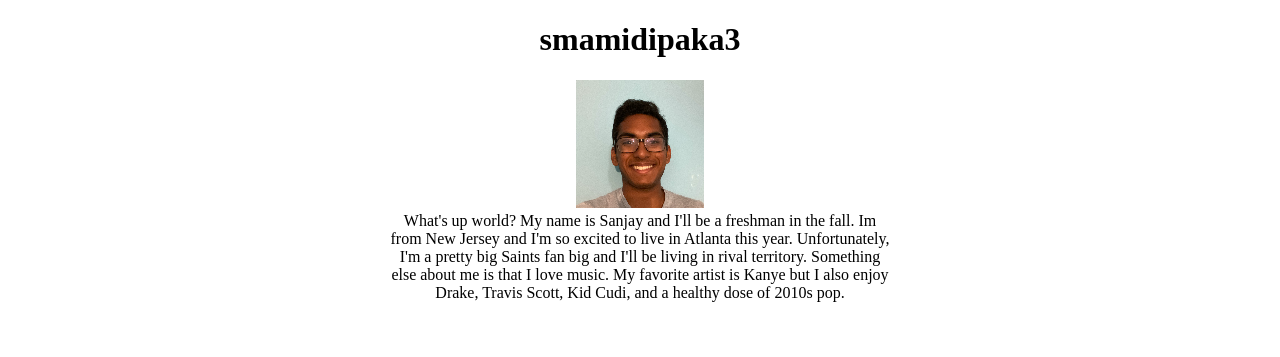
Repository: sanjayMamidipaka/cs1301
Page: lab01/index.html
These files come from the project's save history. The page is drawn as it stood at one moment and after the next save; the edit follows.
The browser window is 1280 px wide. The pictures show the whole page.

Above is the page before, as saved 2021-07-22 16:01:53.

After the next save:
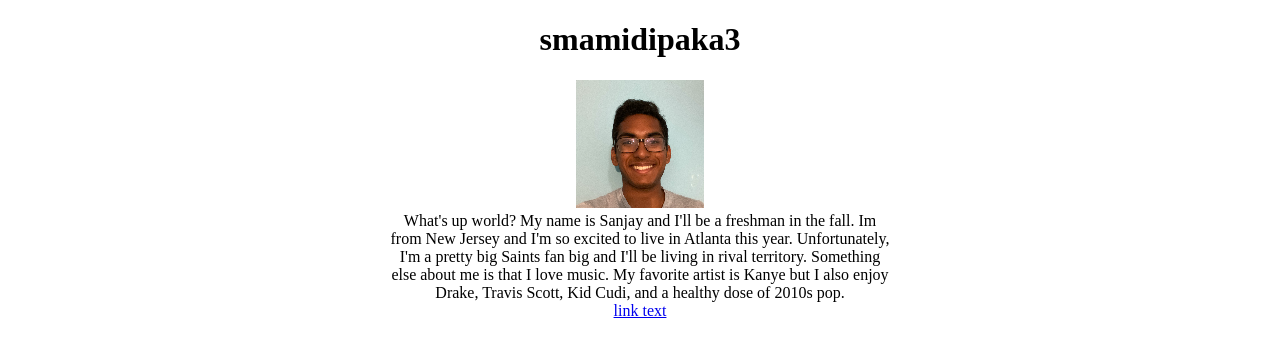
Saved 2 min 3 s later.
--- a/lab01/index.html
+++ b/lab01/index.html
@@ -13,4 +13,6 @@
         Unfortunately, I'm a pretty big Saints fan big and I'll be living in rival territory. Something else about me is that I love music. My favorite artist is Kanye but
         I also enjoy Drake, Travis Scott, Kid Cudi, and a healthy dose of 2010s pop.
     </p>
+
+    <a href="url">link text</a>
   </div>
